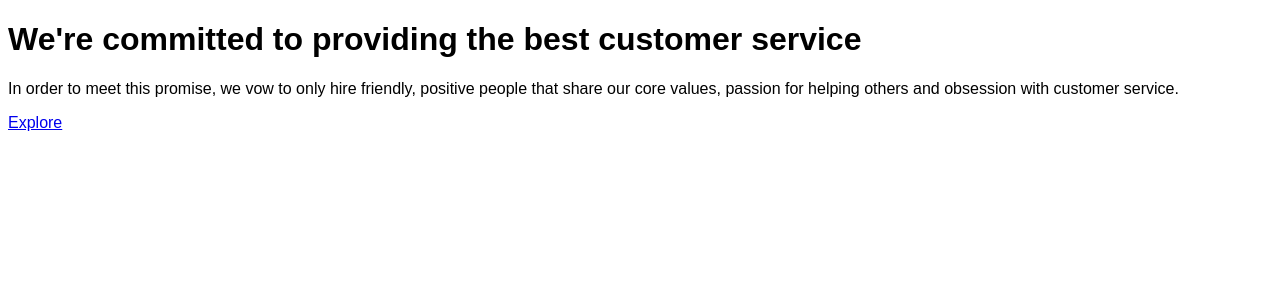
Repository: phanvu0103/HTML-CSS
Page: CSS_24_CSS-Selertors-là_gì/06_Simple_Selertors_4/index.html
The author's editor kept a copy of each file at every save. The page is drawn from the files as they stood at one save, then again after the next save.
The browser window is 1280 px wide. The pictures show the whole page.

Above is the page before, as saved 2022-10-19 14:24:37.

After the next save:
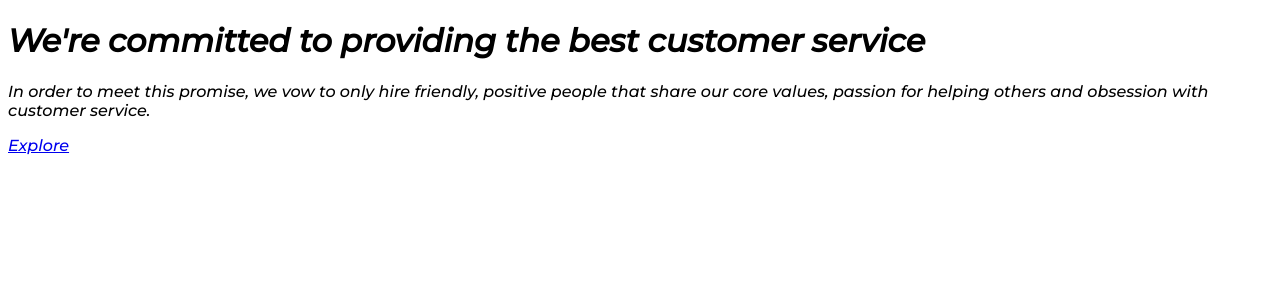
Saved 2 min 22 s later.
--- a/CSS_24_CSS-Selertors-là_gì/06_Simple_Selertors_4/index.html
+++ b/CSS_24_CSS-Selertors-là_gì/06_Simple_Selertors_4/index.html
@@ -6,6 +6,12 @@
     <title>HOME</title>
     <link rel="stylesheet" href="./CSS/reset.css" />
     <link rel="stylesheet" href="./CSS/styles.css" />
+    <link rel="preconnect" href="https://fonts.googleapis.com" />
+    <link rel="preconnect" href="https://fonts.gstatic.com" crossorigin />
+    <link
+      href="https://fonts.googleapis.com/css2?family=Montserrat:ital,wght@1,300;1,500&display=swap"
+      rel="stylesheet"
+    />
   </head>
   <body></body>
   <h1>We're committed to providing the best customer service</h1>
